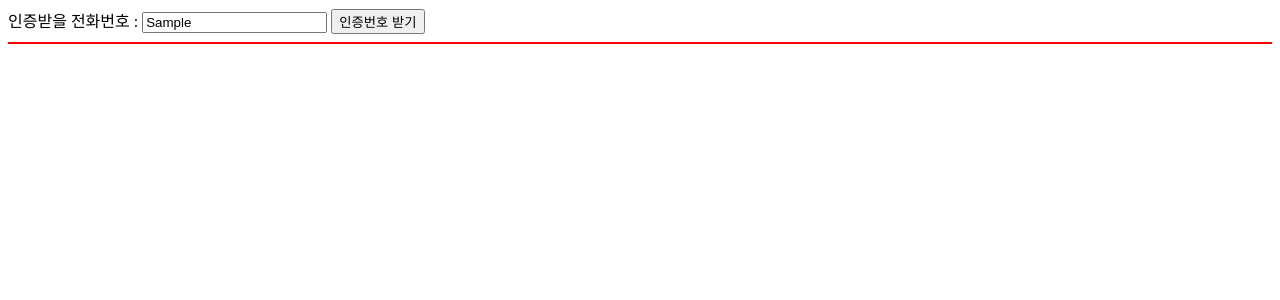
Repository: songhyeonjun/java
Page: http://localhost/spring04/ajax1.jsp
These files come from the project's save history. The page is drawn as it stood at one moment and after the next save; the edit follows.
The browser window is 1280 px wide. The pictures show the whole page.
Empty fields were first filled with sample values (such as "Sample", 5 or name@example.com).
After loading, the first visible `#b1` was clicked once.
The page is served by Tomcat 9. Other server files are loaded and not shown.

Above is the page before, as saved 2022-02-17 07:44:41.

### spring04/src/main/webapp/ajax1.jsp
<%@ page language="java" contentType="text/html; charset=UTF-8"
    pageEncoding="UTF-8"%>

<!DOCTYPE html>
<html>
<head>
<meta charset="UTF-8">
<title>Insert title here</title>
<script type="text/javascript" src="resources/js/jquery-3.6.0.min.js"></script>
<script type="text/javascript">
$(function() {
	$('#b1').click(function() {
		$.ajax({
			url : "ajax1",
			success: function(x) {
				alert('성공!');
				alert('인증번호는 ' + x);
				alert('인증번호는 ' + x);
			},
			error: function () {
				alert('실패!');
			},
		});
	});
});
</script>
</head>
<body>
인증받을 전화번호 :
<input type="text" id="tel">
<button id="b1">인증번호 받기</button>
<hr color="red">
<div id="result"></div>
</body>
</html>

### spring04/src/main/webapp/WEB-INF/views/ajax1.jsp
<%@ page language="java" contentType="text/html; charset=UTF-8"
    pageEncoding="UTF-8"%>
1111

Loaded but not shown: spring04/src/main/webapp/resources/js/jquery-3.6.0.min.js (library)

After the next save:
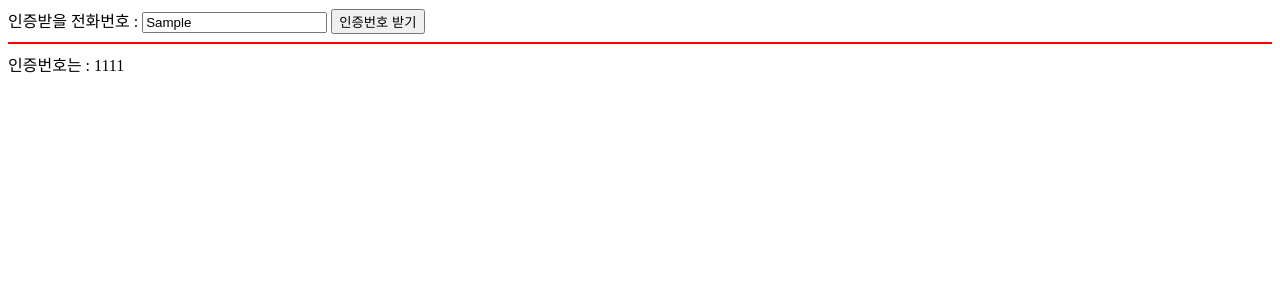
Saved 53 s later.
--- a/spring04/src/main/webapp/ajax1.jsp
+++ b/spring04/src/main/webapp/ajax1.jsp
@@ -15,7 +15,7 @@ $(function() {
 			success: function(x) {
 				alert('성공!');
 				alert('인증번호는 ' + x);
-				alert('인증번호는 ' + x);
+				$('#result').html('인증번호는 : ' + x);
 			},
 			error: function () {
 				alert('실패!');
